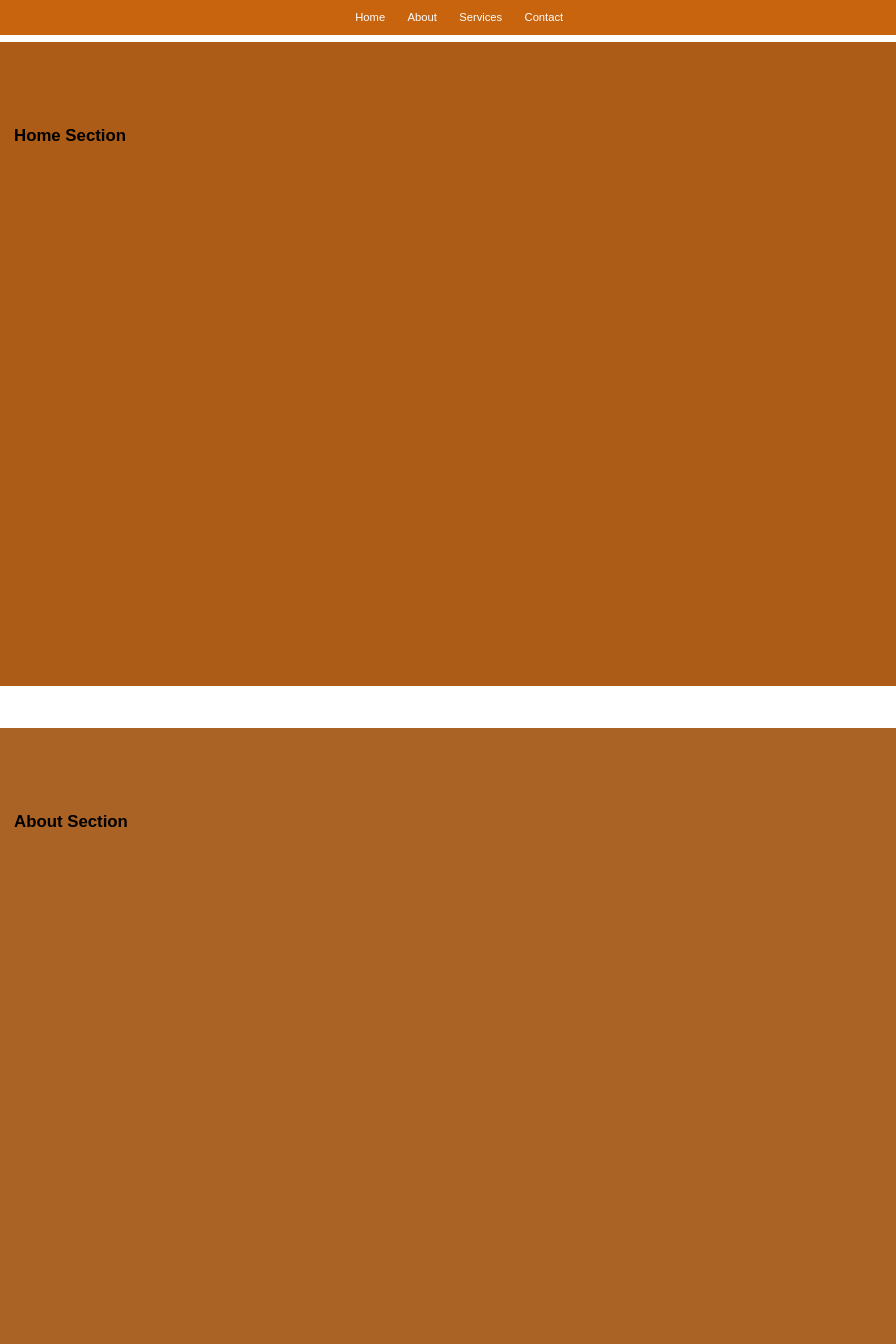
Repository: danichimescu/tema_unu_
Page: index.html
These files come from the project's save history. The page is drawn as it stood at one moment and after the next save; the edit follows.
The browser window is 1280 px wide. The pictures show the part of the page from y = 0 to 1920 px (the page is 3920 px tall before and 3680 px after), at 70% of full size.

Above is the page before, as saved 2025-10-06 01:36:11.

### index.html
<!DOCTYPE html>
<html lang="en">
<head>
  <meta charset="UTF-8">
  <meta name="viewport" content="width=device-width, initial-scale=1.0">
  <title>Document</title>
</head>
<body>

</body>
</html>

<!DOCTYPE html>
<html lang="en">
<head>
  <meta charset="UTF-8" />
  <meta name="viewport" content="width=device-width, initial-scale=1.0" />
  <title>Sovis Print</title>
  <script src="main.js" defer></script>
  <link rel="stylesheet" href="style.css" />
</head>

<body>

  <nav>
    <a href="#home">Home</a>
    <a href="#about">About</a>
    <a href="#services">Services</a>
    <a href="#contact">Contact</a>
  </nav>

  <section id="home">
    <h1>Home Section</h1>
  </section>
  <section id="about">
    <h1>About Section</h1>
  </section>
  <section id="services">
    <h1>Services Section</h1>
  </section>
  <section id="contact">
    <h1>Contact Section</h1>
  </section>

</body>

</html>

### style.css
/* ce e html? */
/* https://www.w3schools.com/cssref/pr_scroll-behavior.php#:~:text=This%20is%20default-,smooth,property%20to%20its%20default%20value. */

html {
    scroll-behavior: smooth;
}

body {
    font-family: sans-serif;
    margin: 0;
}

nav {
    position: fixed;
    top: 0;
    width: 100%;
    background: #c7640d;
    padding: 1rem;
    display: flex;
    justify-content: center;
    gap: 2rem;
}

nav a {
    color: white;
    text-decoration: none;
}

section {
    padding: 100px 20px;
    margin-top: 60px;
    height: 100vh;
}

#home {
    background: #ac5c16;
}

#about {
    background: #ab6325;
}

#services {
    background: #ab7b51;
}

#contact {
    background: #b18c6c;
}

Loaded but not shown: main.js (no stored copy; drawn as an empty file)

After the next save:
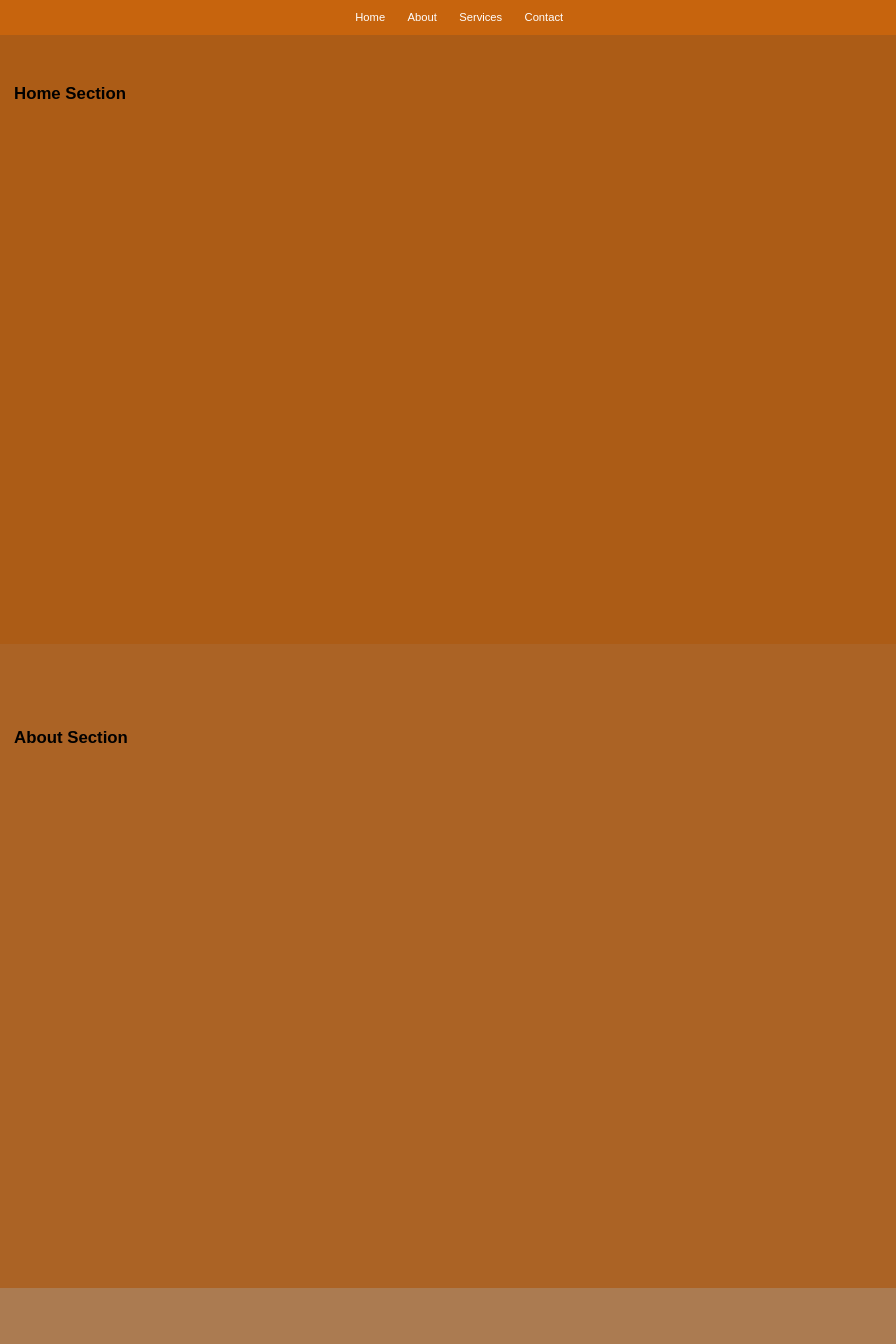
Saved 13 s later.
--- a/style.css
+++ b/style.css
@@ -28,7 +28,7 @@ nav a {
 
 section {
     padding: 100px 20px;
-    margin-top: 60px;
+    /* margin-top: 60px; */
     height: 100vh;
 }
 
